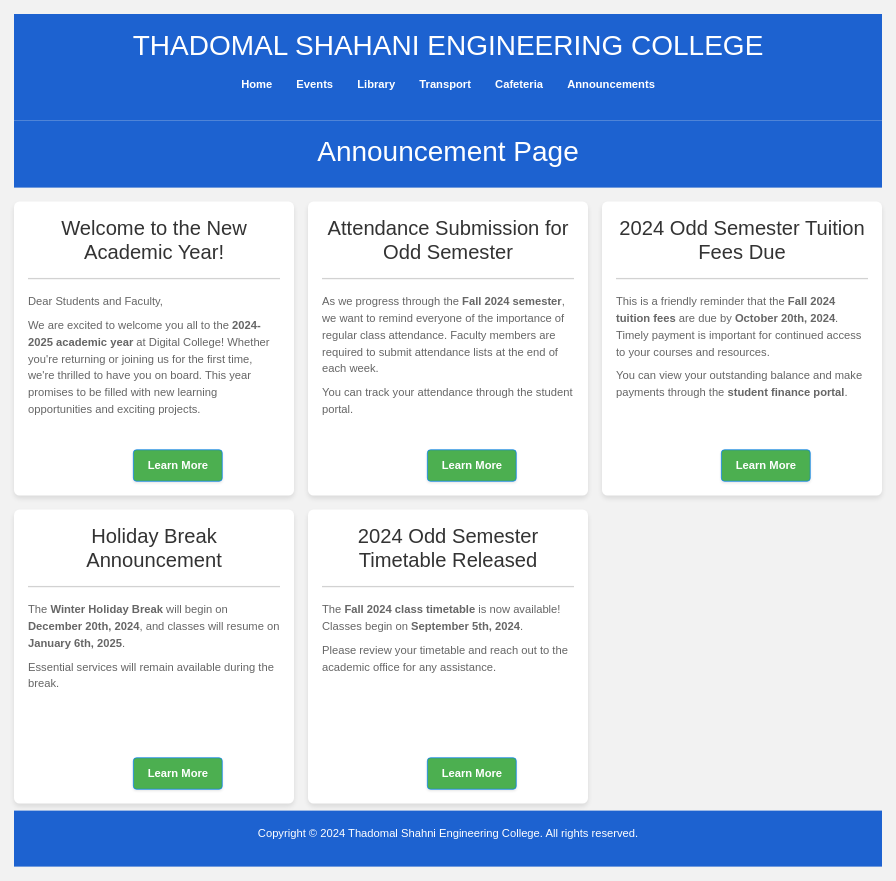
Repository: TejasS1233/MINITHON-hackathon-project
Page: annoucementpage.html
The author's editor kept a copy of each file at every save. The page is drawn from the files as they stood at one save, then again after the next save.
The browser window is 1280 px wide. The pictures show the part of the page from y = 0 to 1920 px (the page is 1258 px tall before and 2578 px after), at 70% of full size.

Above is the page before, as saved 2024-09-20 14:29:08.

After the next save:
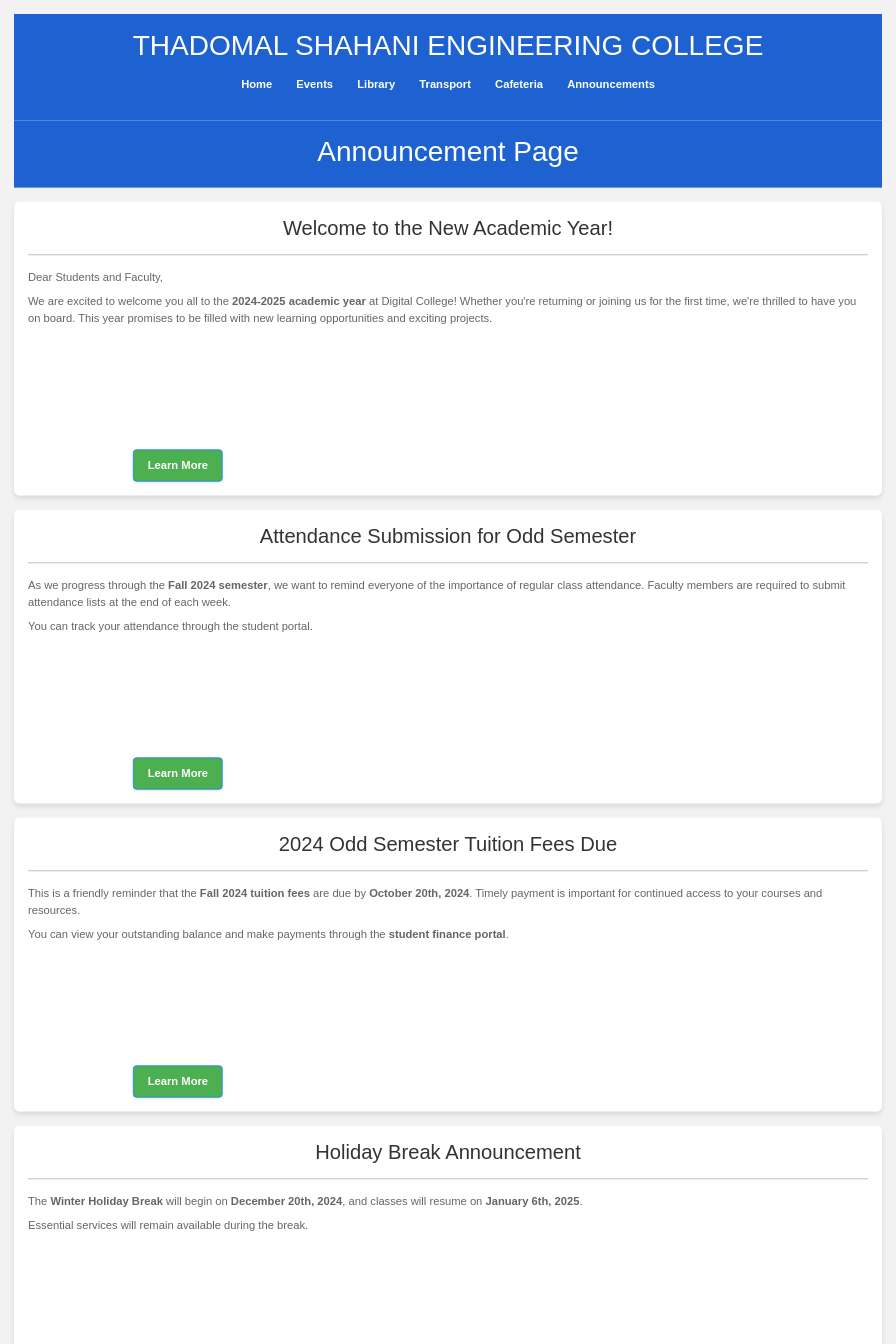
Saved 93 s later.
--- a/announcementpage.css
+++ b/announcementpage.css
@@ -43,7 +43,7 @@ body {
 
 .announcement-grid {
     display: grid;
-    grid-template-columns: repeat(auto-fit, minmax(400px, 1fr));
+    /* grid-template-columns: repeat(auto-fit, minmax(400px, 1fr)); */
     gap: 20px;
     margin-bottom: 10px;
 }

After the save that followed:
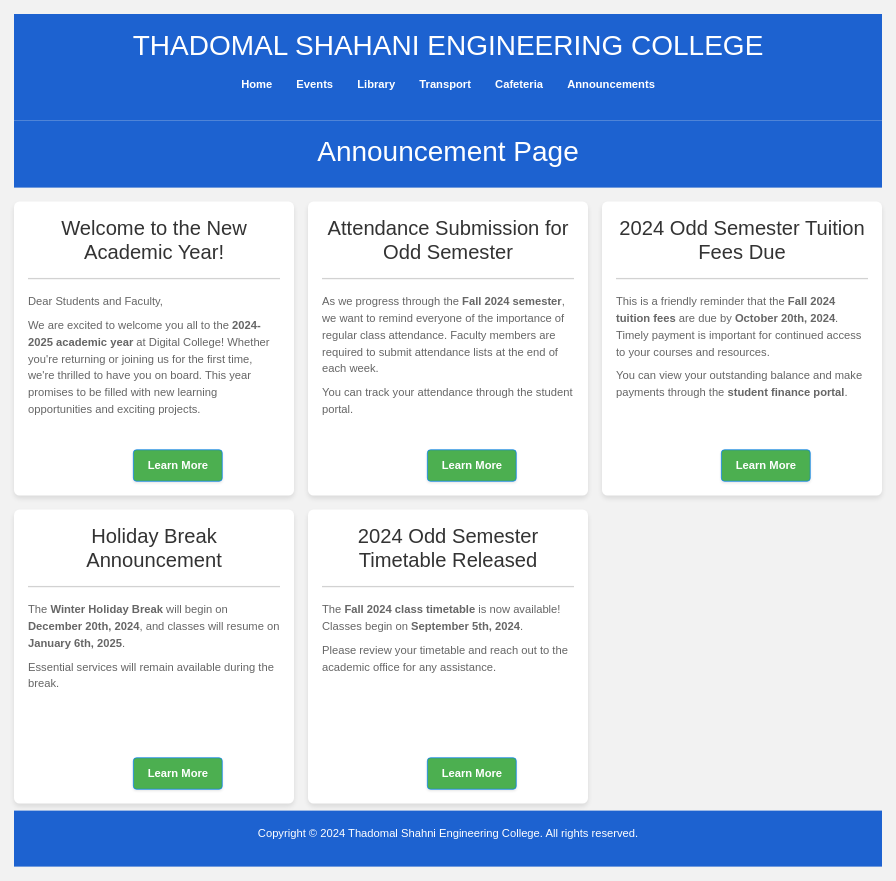
Saved 17 s later.
--- a/announcementpage.css
+++ b/announcementpage.css
@@ -44,6 +44,7 @@ body {
 .announcement-grid {
     display: grid;
     /* grid-template-columns: repeat(auto-fit, minmax(400px, 1fr)); */
+    grid-template-columns: 1fr 1fr 1fr;
     gap: 20px;
     margin-bottom: 10px;
 }
